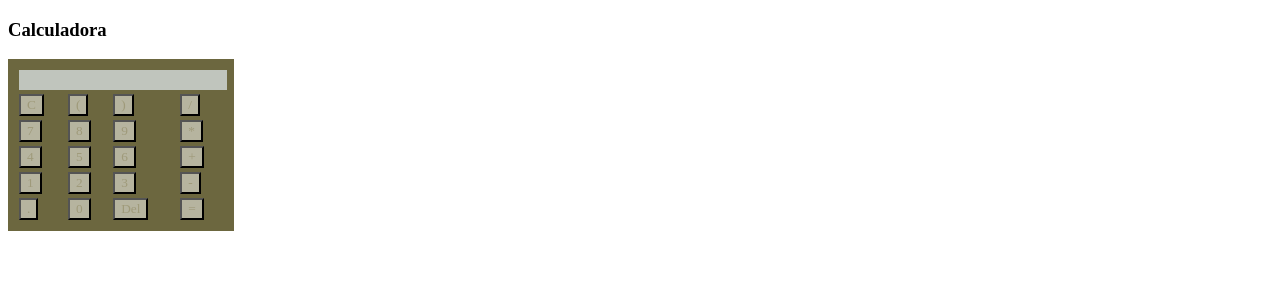
Repository: ServerK001/CalcJsVanilha
Page: index.html
These files come from the project's save history. The page is drawn as it stood at one moment and after a run of saves; the edit follows.
The browser window is 1280 px wide. The pictures show the whole page.
Some web fonts or font styles are not loaded; a fallback is used.

Above is the page before, as saved 2022-02-14 08:42:37.

### index.html
<!DOCTYPE html>
<html lang="pt-br">
<head>
    <meta charset="UTF-8">
    <meta http-equiv="X-UA-Compatible" content="IE=edge">
    <meta name="viewport" content="width=device-width, initial-scale=1.0">
    <script src="index.js" ></script>
    <link rel="stylesheet" href="style.css">
    <link href="//db.onlinewebfonts.com/c/bbfde24114f6f7cc0f421651e88bbca7?family=Unibody+8" rel="stylesheet" type="text/css"/>

    <title>Calculadora</title>
</head>
<body>

        <section class="conteiner">
            <h3>Calculadora</h3>

            <table class="calculadora">
                <tr>
                    <td colspan="4"><input type="text" class="display"></td>
                </tr>

                <tr>
                    <td><button class="btn btn-clear">C</button></td>
                    <td><button class="btn btn-num">(</button></td>
                    <td><button class="btn btn-num">)</button></td>
                    <td><button class="btn btn-num">/</button></td>
                </tr>

                <tr>
                    <td><button class="btn btn-num">7</button></td>
                    <td><button class="btn btn-num">8</button></td>
                    <td><button class="btn btn-num">9</button></td>
                    <td><button class="btn btn-num">*</button></td>
                </tr>
                <tr>
                    <td><button class="btn btn-num">4</button></td>
                    <td><button class="btn btn-num">5</button></td>
                    <td><button class="btn btn-num">6</button></td>
                    <td><button class="btn btn-num">+</button></td>
                </tr>
                <tr>
                    <td><button class="btn btn-num">1</button></td>
                    <td><button class="btn btn-num">2</button></td>
                    <td><button class="btn btn-num">3</button></td>
                    <td><button class="btn btn-num">-</button></td>
                </tr>
                <tr>
                    <td><button class="btn btn-num">.</button></td>
                    <td><button class="btn btn-num">0</button></td>
                    <td><button class="btn btn-del">Del</button></td>
                    <td><button class="btn btn-num">=</button></td>
                </tr>

            </table>

        </section>

</body>
</html>

### index.js
console.log('Olá mundo')

### style.css
:root{
    --btn: #9f9a7a;
    --font-display:#435338;
    --displayBG:#c0c5bd;

    --bgCalc:#6c673f;
    --bgBtn:#b6b49f;
    --bgConteiner:#5b5b5b;



}

.display{
    font-size: 1rem;
    width: 100%;
    text-align: right;
    font-family: "Unibody 8";
    color: var(--font-display);
    background-color: var(--displayBG);

        border: none;
}

.btn{
    font-family: "Unibody 8";
    color:var(--btn);
    background-color: var(--bgBtn);
}
.calculadora{
    background-color: var(--bgCalc);
    padding: 0.5rem;
}
.conteiner{

}

After the next 2 saves:
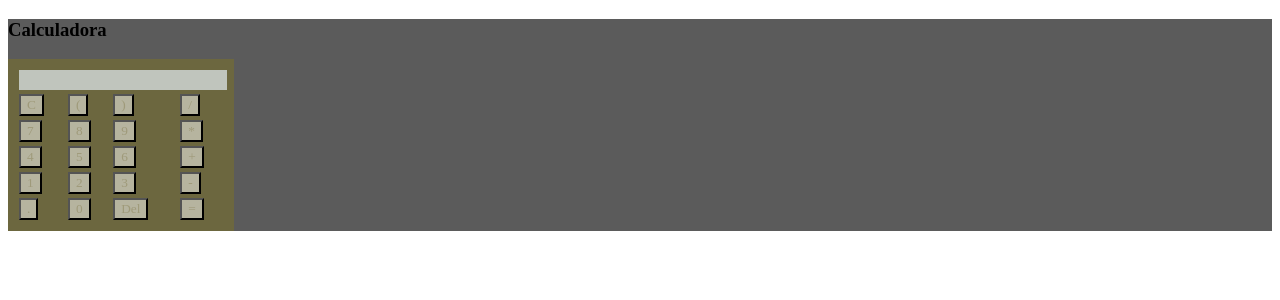
The 2 saves are shown as one change because they came seconds apart.
The last was saved 7 s later.
--- a/style.css
+++ b/style.css
@@ -32,5 +32,5 @@
     padding: 0.5rem;
 }
 .conteiner{
-
+    background-color: var(--bgConteiner);
 }
